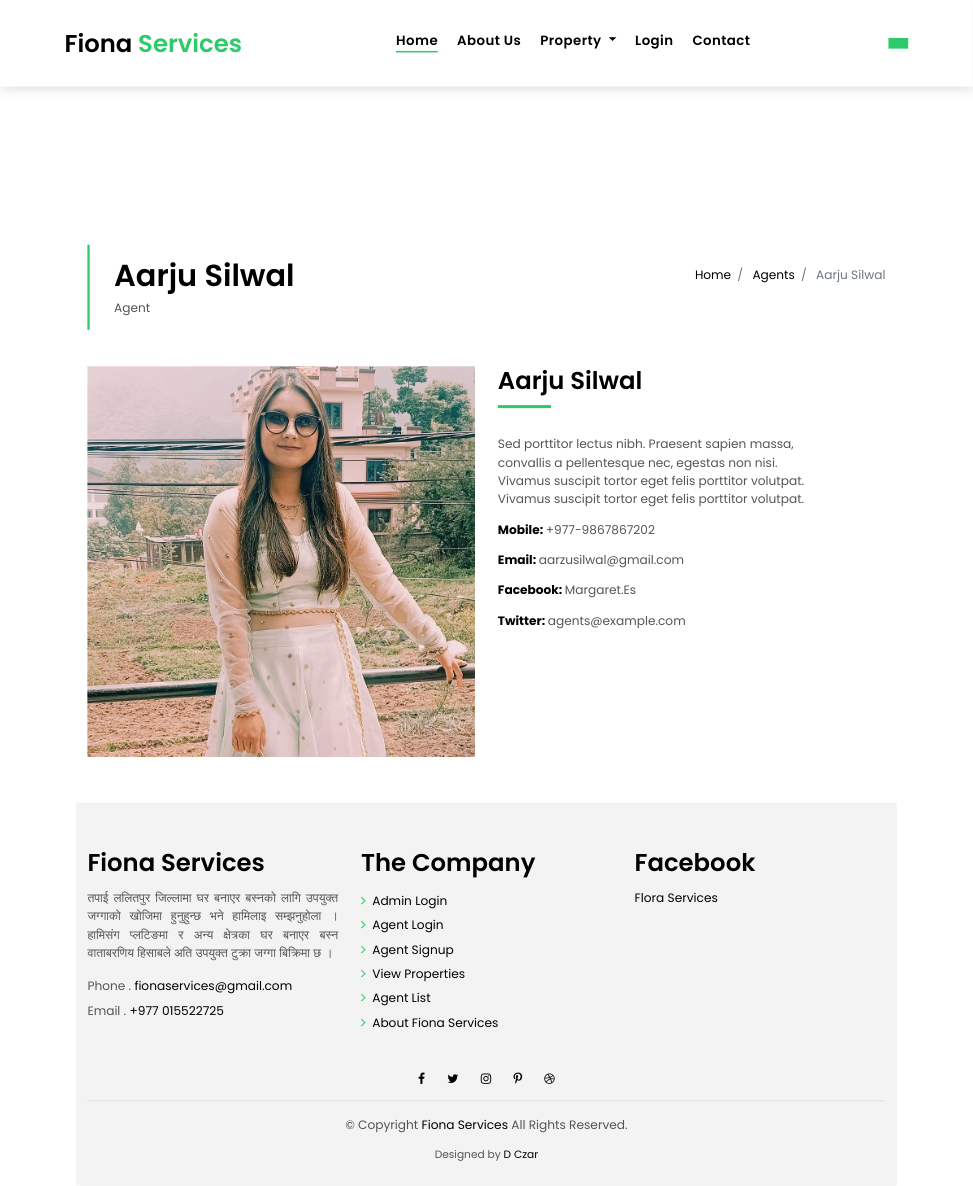
Repository: Sjuicyy/realstate
Page: profile.html
An editor plug-in stored every save of this project. The page is shown before and after the next save, followed by the edit.
The browser window is 1280 px wide. The pictures show the whole page, at 76% of full size.

Above is the page before, as saved 2022-10-15 09:44:17.

### profile.html
<!DOCTYPE html>
<html lang="en">

<head>
    <meta charset="utf-8">
    <title>Fiona Services</title>
    <meta content="width=device-width, initial-scale=1.0" name="viewport">
    <meta content="" name="keywords">
    <meta content="" name="description">

    <!-- Favicons -->
    <link href="img/favicon.png" rel="icon">
    <link href="img/apple-touch-icon.png" rel="apple-touch-icon">

    <!-- Google Fonts -->
    <link href="https://fonts.googleapis.com/css?family=Poppins:300,400,500,600,700" rel="stylesheet">

    <!-- Bootstrap CSS File -->
    <link href="lib/bootstrap/css/bootstrap.min.css" rel="stylesheet">

    <!-- Libraries CSS Files -->
    <link href="lib/font-awesome/css/font-awesome.min.css" rel="stylesheet">
    <link href="lib/animate/animate.min.css" rel="stylesheet">
    <link href="lib/ionicons/css/ionicons.min.css" rel="stylesheet">
    <link href="lib/owlcarousel/assets/owl.carousel.min.css" rel="stylesheet">

    <!-- Main Stylesheet File -->
    <link href="css/style.css" rel="stylesheet">

    <!-- =======================================================
    Theme Name: EstateAgency
    Theme URL: https://bootstrapmade.com/real-estate-agency-bootstrap-template/
    Author: BootstrapMade.com
    License: https://bootstrapmade.com/license/
  ======================================================= -->
</head>
<div id="fb-root"></div>
<script async defer crossorigin="anonymous" src="https://connect.facebook.net/en_US/sdk.js#xfbml=1&version=v14.0"
    nonce="0jwGYLXn"></script>

<body>
    <!-- / Form Search End /-->

    <!--/ Nav Star /-->
    <nav class="navbar navbar-default navbar-trans navbar-expand-lg fixed-top">
        <div class="container">
            <button class="navbar-toggler collapsed" type="button" data-toggle="collapse" data-target="#navbarDefault"
                aria-controls="navbarDefault" aria-expanded="false" aria-label="Toggle navigation">
            </button>
            <a class="navbar-brand text-brand" href="/index.php">Fiona<span class="color-b"> Services</span></a>
            <button type="button" class="btn btn-link nav-search navbar-toggle-box-collapse d-md-none"
                data-toggle="collapse" data-target="#navbarTogglerDemo01" aria-expanded="false" title="Agent Space">

            </button>
            <div class="navbar-collapse collapse justify-content-center" id="navbarDefault">
                <ul class="navbar-nav">
                    <li class="nav-item">
                        <a class="nav-link active" href="index.php">Home</a>
                    </li>
                    <li class="nav-item">
                        <a class="nav-link" href="about.php">About Us</a>
                    </li>
                    <li class="nav-item dropdown">
                        <a class="nav-link dropdown-toggle" href="#" id="navbarDropdown" role="button"
                            data-toggle="dropdown" aria-haspopup="true" aria-expanded="false">
                            Property
                        </a>
                        <div class="dropdown-menu" aria-labelledby="navbarDropdown">
                            <a class="dropdown-item" href="property-single.php">Property Single</a>
                            <a class="dropdown-item" href="property-grid.php">Property List</a>
                        </div>
                    </li>
                    <li class="nav-item">
                        <a class="nav-link" href="Login.php">Login</a>
                    </li>
                    <li class="nav-item">
                        <a class="nav-link" href="contact.php">Contact</a>
                    </li>
                </ul>
            </div>
            <button type="button" class="btn btn-b-n navbar-toggle-box-collapse d-none d-md-block"
                data-toggle="collapse" data-target="#navbarTogglerDemo01" aria-expanded="false" title="Agent Space">
            </button>
        </div>
    </nav>
    <!--/ Nav End /-->



    <div class="container" style="margin-top:130px;">

        <div class="container" style="margin-top:130px;">
             <!-- ======= Intro Single ======= -->
    <section class="intro-single">
        <div class="container">
          <div class="row">
            <div class="col-md-12 col-lg-8">
              <div class="title-single-box">
                <h1 class="title-single">Aarju Silwal</h1>
                <span class="color-text-a">Agent </span>
              </div>
            </div>
            <div class="col-md-12 col-lg-4">
              <nav aria-label="breadcrumb" class="breadcrumb-box d-flex justify-content-lg-end">
                <ol class="breadcrumb">
                  <li class="breadcrumb-item">
                    <a href="#">Home</a>
                  </li>
                  <li class="breadcrumb-item">
                    <a href="#">Agents</a>
                  </li>
                  <li class="breadcrumb-item active" aria-current="page">
                    Aarju Silwal
                  </li>
                </ol>
              </nav>
            </div>
          </div>
        </div>
      </section><!-- End Intro Single -->

      <!-- ======= Agent Single ======= -->
      <section class="agent-single">
        <div class="container">
          <div class="row">
            <div class="col-sm-12">
              <div class="row">
                <div class="col-md-6">
                  <div class="agent-avatar-box">
                    <img src="/img/aarju miss.jpg" alt="" class="agent-avatar img-fluid">
                  </div>
                </div>
                <div class="col-md-5 section-md-t3">
                  <div class="agent-info-box">
                    <div class="agent-title">
                      <div class="title-box-d">
                        <h3 class="title-d">Aarju Silwal
                        </h3>
                      </div>
                    </div>
                    <div class="agent-content mb-3">
                      <p class="content-d color-text-a">
                        Sed porttitor lectus nibh. Praesent sapien massa, convallis a pellentesque nec, egestas non nisi.
                        Vivamus suscipit tortor
                        eget felis porttitor volutpat. Vivamus suscipit tortor eget felis porttitor volutpat.
                      </p>
                      <div class="info-agents color-a">
                          <strong>Mobile: </strong>
                          <span class="color-text-a"> +977-9867867202 </span>
                        </p>
                        <p>
                          <strong>Email: </strong>
                          <span class="color-text-a"> aarzusilwal@gmail.com</span>
                        </p>
                        <p>
                          <strong>Facebook: </strong>
                          <span class="color-text-a"> Margaret.Es</span>
                        </p>
                        <p>
                          <strong>Twitter: </strong>
                          <span class="color-text-a"> agents@example.com</span>
                        </p>
                      </div>
                    </div>
                    <div class="socials-footer">
                      <ul class="list-inline">
                        <li class="list-inline-item">
                          <a href="#" class="link-one">
                            <i class="bi bi-facebook" aria-hidden="true"></i>
                          </a>
                        </li>
                        <li class="list-inline-item">
                          <a href="#" class="link-one">
                            <i class="bi bi-twitter" aria-hidden="true"></i>
                          </a>
                        </li>
                        <li class="list-inline-item">
                          <a href="#" class="link-one">
                            <i class="bi bi-instagram" aria-hidden="true"></i>
                          </a>
                        </li>
                        <li class="list-inline-item">
                          <a href="#" class="link-one">
                            <i class="bi bi-linkedin" aria-hidden="true"></i>
                          </a>
                        </li>
                      </ul>
                    </div>
                  </div>
                </div>
              </div>
            </div>
        </div>

    </div>




















    <!--/ footer Star /-->
    <section class="section-footer">
        <div class="container">
            <div class="row">
                <div class="col-sm-12 col-md-4">
                    <div class="widget-a">
                        <div class="w-header-a">
                            <h3 class="w-title-a text-brand">Fiona Services</h3>
                        </div>
                        <div class="w-body-a">
                            <p class="w-text-a color-text-a" align="justify">
                                तपाई ललितपुर जिल्लामा घर बनाएर बस्नको लागि उपयुक्त जग्गाको खोजिमा हुनुहुन्छ भने
                                हामिलाइ सम्झनुहोला ।
                                हामिसंग प्लटिङमा र अन्य क्षेत्रका घर बनाएर बस्न वाताबरणिय हिसाबले अति उपयुक्त
                                टुक्रा जग्गा बिक्रिमा छ
                                ।
                            </p>
                        </div>
                        <div class="w-footer-a">
                            <ul class="list-unstyled">
                                <li class="color-a">
                                    <span class="color-text-a">Phone .</span> fionaservices@gmail.com
                                </li>
                                <li class="color-a">
                                    <span class="color-text-a">Email .</span> +977 015522725
                                </li>
                            </ul>
                        </div>
                    </div>
                </div>
                <div class="col-sm-12 col-md-4 section-md-t3">
                    <div class="widget-a">
                        <div class="w-header-a">
                            <h3 class="w-title-a text-brand">The Company</h3>
                        </div>
                        <div class="w-body-a">
                            <div class="w-body-a">
                                <ul class="list-unstyled">
                                    <li class="item-list-a">
                                        <i class="fa fa-angle-right"></i> <a href="#">Admin Login</a>
                                    </li>
                                    <li class="item-list-a">
                                        <i class="fa fa-angle-right"></i> <a href="#">Agent Login</a>
                                    </li>
                                    <li class="item-list-a">
                                        <i class="fa fa-angle-right"></i> <a href="#">Agent Signup</a>
                                    </li>
                                    <li class="item-list-a">
                                        <i class="fa fa-angle-right"></i> <a href="#">View Properties</a>
                                    </li>
                                    <li class="item-list-a">
                                        <i class="fa fa-angle-right"></i> <a href="#">Agent List</a>
                                    </li>
                                    <li class="item-list-a">
                                        <i class="fa fa-angle-right"></i> <a href="#">About Fiona Services</a>
                                    </li>
                                </ul>
                            </div>
                        </div>
                    </div>
                </div>
                <div class="col-sm-12 col-md-4 section-md-t3">
                    <div class="widget-a">
                        <div class="w-header-a">
                            <h3 class="w-title-a text-brand">Facebook</h3>
                        </div>
                        <div class="w-body-a">
                            <div class="fb-page" data-href="https://www.facebook.com/floraservices2070"
                                data-tabs="timeline" data-width="" data-height="110" data-small-header="false"
                                data-adapt-container-width="true" data-hide-cover="false" data-show-facepile="false">
                                <blockquote cite="https://www.facebook.com/floraservices2070"
                                    class="fb-xfbml-parse-ignore"><a
                                        href="https://www.facebook.com/floraservices2070">Flora Services</a>
                                </blockquote>
                            </div>
                        </div>
                    </div>
                </div>
            </div>
        </div>
    </section>
    <footer>
        <div class="container">
            <div class="row">
                <div class="col-md-12">

                    <div class="socials-a">
                        <ul class="list-inline">
                            <li class="list-inline-item">
                                <a href="#">
                                    <i class="fa fa-facebook" aria-hidden="true"></i>
                                </a>
                            </li>
                            <li class="list-inline-item">
                                <a href="#">
                                    <i class="fa fa-twitter" aria-hidden="true"></i>
                                </a>
                            </li>
                            <li class="list-inline-item">
                                <a href="#">
                                    <i class="fa fa-instagram" aria-hidden="true"></i>
                                </a>
                            </li>
                            <li class="list-inline-item">
                                <a href="#">
                                    <i class="fa fa-pinterest-p" aria-hidden="true"></i>
                                </a>
                            </li>
                            <li class="list-inline-item">
                                <a href="#">
                                    <i class="fa fa-dribbble" aria-hidden="true"></i>
                                </a>
                            </li>
                        </ul>
                    </div>
                    <div class="copyright-footer">
                        <p class="copyright color-text-a">
                            &copy; Copyright
                            <span class="color-a">Fiona Services</span> All Rights Reserved.
                        </p>
                    </div>
                    <div class="credits">

                        Designed by <a href="https://pritambajagain.com.np/">D Czar</a>
                    </div>
                </div>
            </div>
        </div>
    </footer>
    <!--/ Footer End /-->

    <a href="#" class="back-to-top"><i class="fa fa-chevron-up"></i></a>
    <div id="preloader"></div>

    <!-- JavaScript Libraries -->
    <script>
        function readURL(input) {
            if (input.files && input.files[0]) {
                var reader = new FileReader();

                reader.onload = function (e) {
                    $('#blah')
                        .attr('src', e.target.result);
                };

                reader.readAsDataURL(input.files[0]);
            }
        }
    </script>
    <script src="lib/jquery/jquery.min.js"></script>
    <script src="lib/jquery/jquery-migrate.min.js"></script>
    <script src="lib/popper/popper.min.js"></script>
    <script src="lib/bootstrap/js/bootstrap.min.js"></script>
    <script src="lib/easing/easing.min.js"></script>
    <script src="lib/owlcarousel/owl.carousel.min.js"></script>
    <script src="lib/scrollreveal/scrollreveal.min.js"></script>
    <!-- Contact Form JavaScript File -->
    <script src="contactform/contactform.js"></script>

    <!-- Template Main Javascript File -->
    <script src="js/main.js"></script>

</body>

</html>

Loaded but not shown: lib/bootstrap/css/bootstrap.min.css (library); lib/font-awesome/css/font-awesome.min.css (library); lib/animate/animate.min.css (library); lib/ionicons/css/ionicons.min.css (library); lib/owlcarousel/assets/owl.carousel.min.css (library); lib/jquery/jquery.min.js (library); lib/jquery/jquery-migrate.min.js (library); lib/popper/popper.min.js (library); lib/bootstrap/js/bootstrap.min.js (library); lib/easing/easing.min.js (common file); lib/owlcarousel/owl.carousel.min.js (library); lib/scrollreveal/scrollreveal.min.js (library); js/main.js (150 lines, source omitted); contactform/contactform.js (118 lines, source omitted); css/style.css (2025 lines, source omitted)

After the next save:
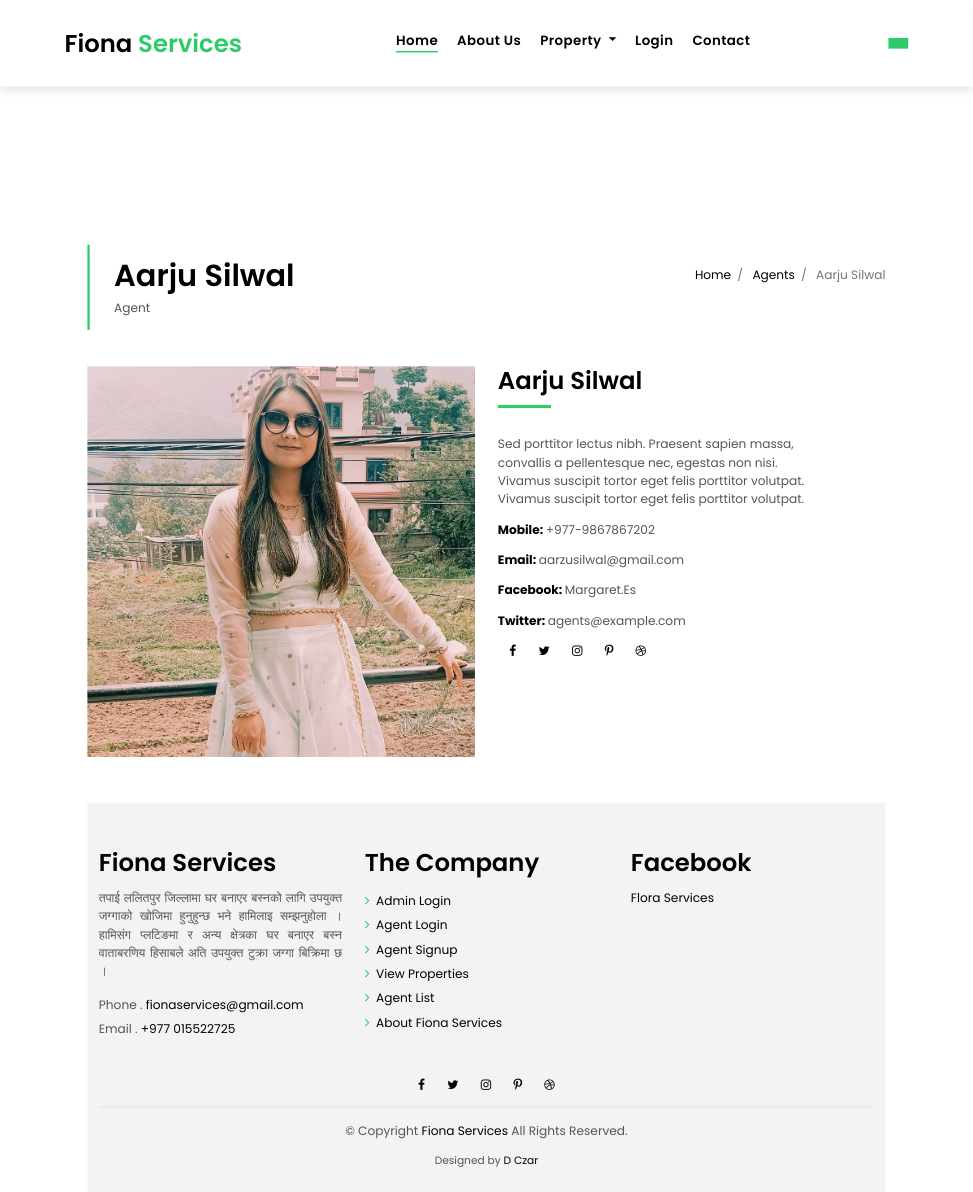
Saved 4 min 34 s later.
--- a/profile.html
+++ b/profile.html
@@ -162,30 +162,37 @@
                         </p>
                       </div>
                     </div>
-                    <div class="socials-footer">
-                      <ul class="list-inline">
-                        <li class="list-inline-item">
-                          <a href="#" class="link-one">
-                            <i class="bi bi-facebook" aria-hidden="true"></i>
-                          </a>
-                        </li>
-                        <li class="list-inline-item">
-                          <a href="#" class="link-one">
-                            <i class="bi bi-twitter" aria-hidden="true"></i>
-                          </a>
-                        </li>
-                        <li class="list-inline-item">
-                          <a href="#" class="link-one">
-                            <i class="bi bi-instagram" aria-hidden="true"></i>
-                          </a>
-                        </li>
-                        <li class="list-inline-item">
-                          <a href="#" class="link-one">
-                            <i class="bi bi-linkedin" aria-hidden="true"></i>
-                          </a>
-                        </li>
-                      </ul>
-                    </div>
+                    <div class="col-md-12">
+
+                        <div class="socials-a">
+                          <ul class="list-inline">
+                            <li class="list-inline-item">
+                              <a href="#">
+                                <i class="fa fa-facebook" aria-hidden="true"></i>
+                              </a>
+                            </li>
+                            <li class="list-inline-item">
+                              <a href="#">
+                                <i class="fa fa-twitter" aria-hidden="true"></i>
+                              </a>
+                            </li>
+                            <li class="list-inline-item">
+                              <a href="#">
+                                <i class="fa fa-instagram" aria-hidden="true"></i>
+                              </a>
+                            </li>
+                            <li class="list-inline-item">
+                              <a href="#">
+                                <i class="fa fa-pinterest-p" aria-hidden="true"></i>
+                              </a>
+                            </li>
+                            <li class="list-inline-item">
+                              <a href="#">
+                                <i class="fa fa-dribbble" aria-hidden="true"></i>
+                              </a>
+                            </li>
+                          </ul>
+                        </div>
                   </div>
                 </div>
               </div>
